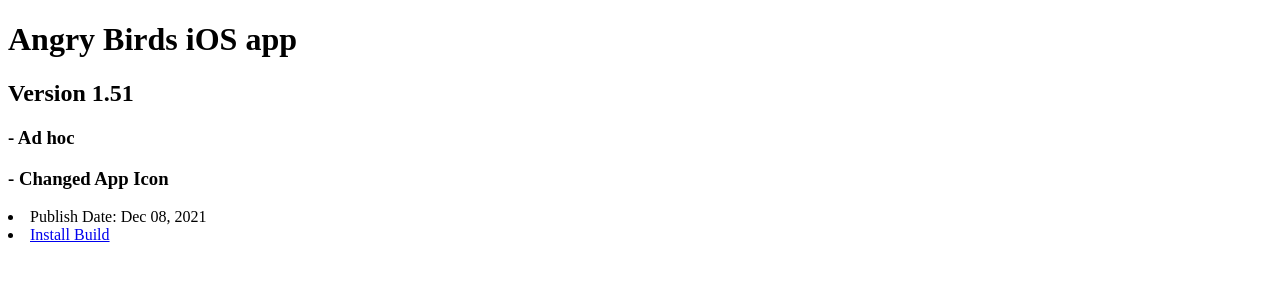
Repository: RRPandaPlus/RRPandaPlus.github.io
Page: rrplus/index.html
An editor plug-in stored every save of this project. The page is shown before and after the next save, followed by the edit.
The browser window is 1280 px wide. The pictures show the whole page.

Above is the page before, as saved 2021-12-12 21:41:02.

After the next save:
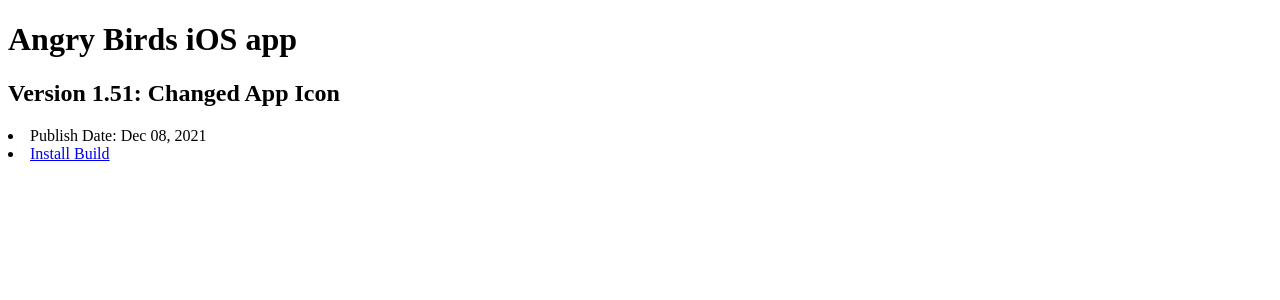
Saved 17 min 16 s later.
--- a/rrplus/index.html
+++ b/rrplus/index.html
@@ -6,9 +6,8 @@
     </head>
     <body>
       <h1>Angry Birds iOS app</h1>
-      <h2>Version 1.51</h2>
-      <h3>- Ad hoc</h3>
-      <h3>- Changed App Icon</h3>
+      <h2>Version 1.51: Changed App Icon</h2>
+
         <li>
           Publish Date: Dec 08, 2021
         </li>
